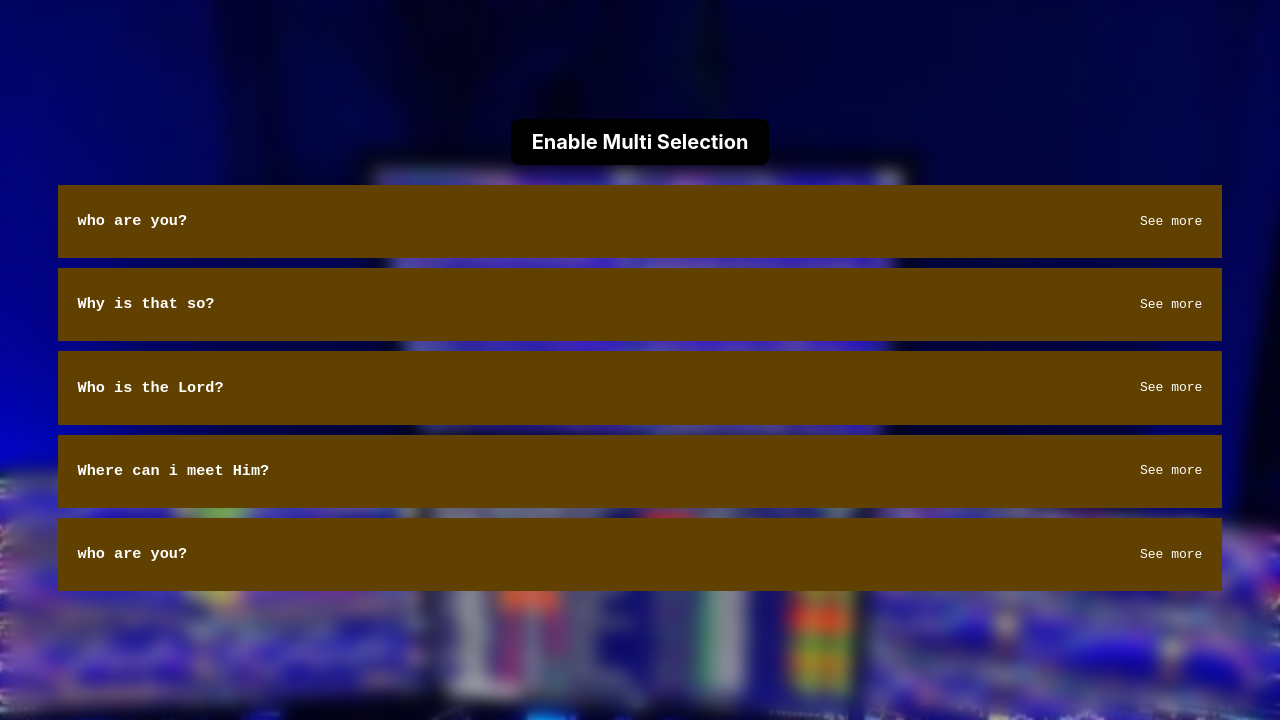
Repository: profbkmurage/reactprojectsBK
Page: /
An editor plug-in stored every save of this project. The page is shown before and after the next save, followed by the edit.
The browser window is 1280 px wide. The pictures show the whole page.
The project was rebuilt for these pictures with package versions that can differ from the ones it lists, and the page was loaded fresh each time. Also part of the build but not shown: vite.config.js.

Above is the page before, as saved 2025-02-23 10:18:35.

After the next save:
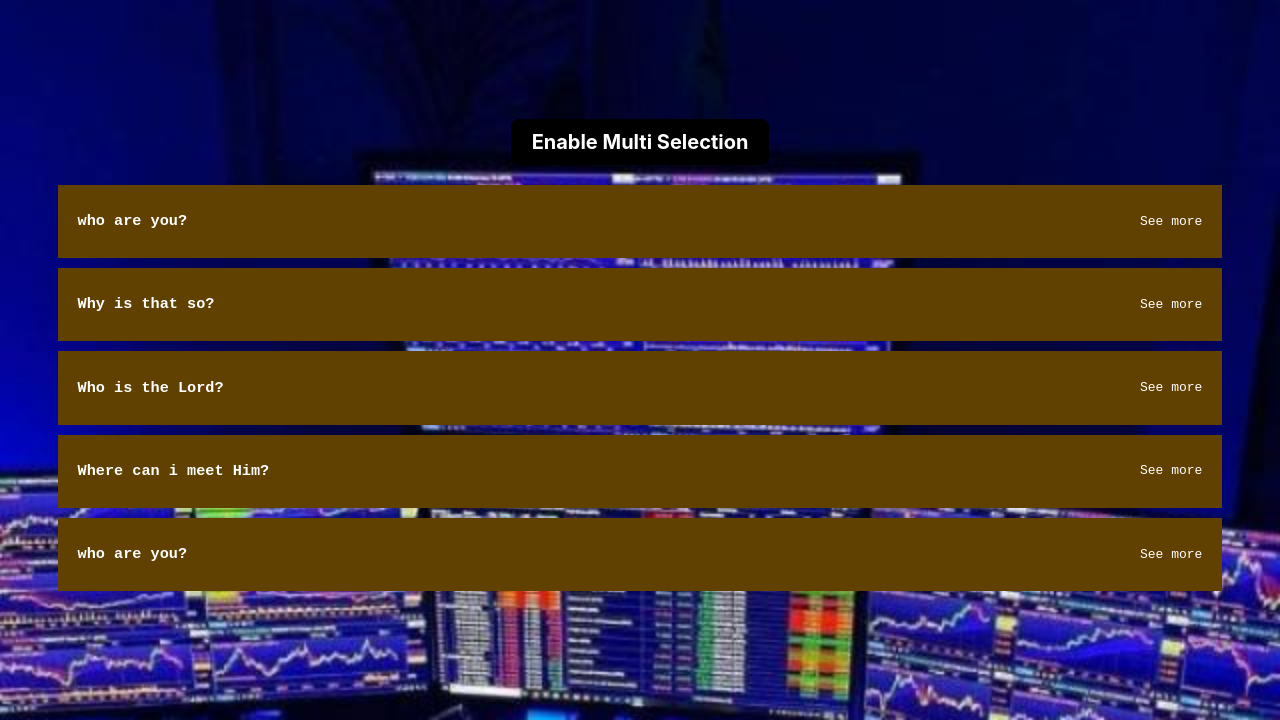
Saved 5 s later.
--- a/src/components/accordian/style.css
+++ b/src/components/accordian/style.css
@@ -13,7 +13,7 @@ body {
     align-items: center;
     flex-direction: column;
     gap: 20px;
-    backdrop-filter: blur(9px);
+    backdrop-filter: blur(px);
 width: 100vw;
 }
 
